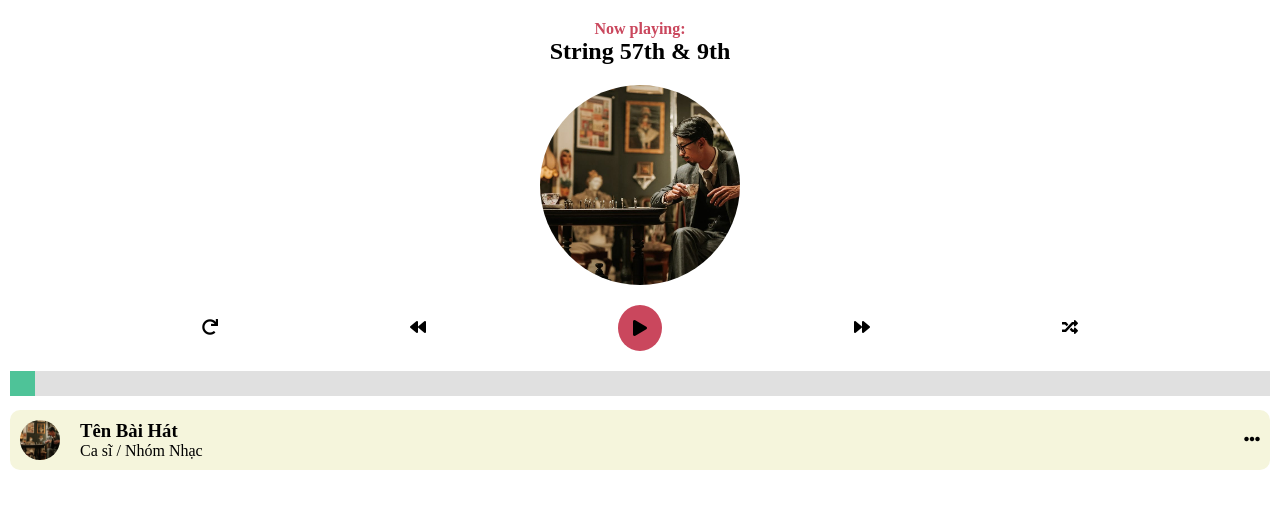
Repository: dovanthao2404/AppMusicPlayer
Page: index.html
The author's editor kept a copy of each file at every save. The page is drawn from the files as they stood at one save, then again after the next save.
The browser window is 1280 px wide. The pictures show the whole page.

Above is the page before, as saved 2021-06-28 10:40:23.

### index.html
<!DOCTYPE html>
<html lang="en">

<head>
  <meta charset="UTF-8">
  <meta http-equiv="X-UA-Compatible" content="IE=edge">
  <meta name="viewport" content="width=device-width, initial-scale=1.0">
  <title>Music</title>
  <!-- FONTAWESOME -->
  <link rel="stylesheet" href="https://cdnjs.cloudflare.com/ajax/libs/font-awesome/5.15.3/css/all.min.css"
    integrity="sha512-iBBXm8fW90+nuLcSKlbmrPcLa0OT92xO1BIsZ+ywDWZCvqsWgccV3gFoRBv0z+8dLJgyAHIhR35VZc2oM/gI1w=="
    crossorigin="anonymous" referrerpolicy="no-referrer" />
  <!-- MAIN CSS -->
  <link rel="stylesheet" href="./css/app.css">
</head>

<body>
  <div class="player">
    <div class="dashboards">
      <!-- HEADER -->
      <header>
        <h4>Now playing:</h4>
        <h2>String 57th & 9th</h2>
      </header>

      <!-- CD -->
      <div id="cd" class="cd">
        <div class="thumb">
          <img src="./img/loinho.jpg" alt="">
        </div>
      </div>

      <!-- CONTROL -->
      <div class="controls" class="controls">
        <div class="btn btn-repeat">
          <i class="fa fa-redo"></i>
        </div>
        <div class="btn btn-prev">
          <i class="fa fa-backward"></i>
        </div>
        <div class="btn btn-toggle-play">
          <i class="fa fa-play"></i>
          <i class="fa fa-pause"></i>
        </div>
        <div class="btn btn-next">
          <i class="fa fa-forward"></i>
        </div>
        <div class="btn btn-random">
          <i class="fa fa-random"></i>
        </div>
      </div>

      <!-- PROGRESS -->
      <input id="progress" class="progress" value="0" step="1" min="0" max="100" type="range">

      <!-- AUDIO -->
      <audio id="audio" src="./music/trontim.mp3"></audio>

      <!-- PLAY LIST -->
      <div class="playlist">
        <div class="song">
          <div class="thumb">
            <img src="./img/loinho.jpg" alt="">
          </div>
          <div class="body">
            <h3 class="title">Tên Bài Hát</h3>
            <p class="author">Ca sĩ / Nhóm Nhạc</p>
          </div>
          <div class="option">
            <i class="fa fa-ellipsis-h"></i>
          </div>
        </div>
      </div>
    </div>
  </div>
  <script src="./js/app.js"></script>
</body>

</html>

### css/app.css
/* GLOBAL */
* {
  padding: 0;
  margin: 0;
  box-sizing: border-box;
}
/* PLAYER */
.dashboards {
  margin: 0 10px;
}
header {
  text-align: center;
  margin: 20px 0;
}
header h4 {
  color: rgb(202, 71, 93);
}
.cd {
  position: relative;
}
.cd .thumb {
  width: 200px;
  height: 200px;
  position: absolute;
  top: 50%;
  left: 50%;
  transform: translate(-50%);
}
.cd .thumb img {
  border-radius: 50%;
  width: 100%;
  height: 100%;
  object-fit: cover;
}
.controls {
  display: flex;
  justify-content: space-evenly;
  align-items: center;
  margin-top: 240px;
  margin-bottom: 20px;
}
.btn-toggle-play .fa {
  padding: 15px;
  border-radius: 50%;
  background-color: rgb(202, 71, 93);
}
.controls .fa-pause {
  display: none;
}
.progress {
  -webkit-appearance: none;
  width: 100%;
  height: 25px;
  background: #d3d3d3;
  outline: none;
  opacity: 0.7;
  -webkit-transition: 0.2s;
}
.progress::-webkit-slider-thumb {
  -webkit-appearance: none;
  appearance: none;
  width: 25px;
  height: 25px;
  background: #04aa6d;
  cursor: pointer;
}
.progress::-moz-range-thumb {
  width: 25px;
  height: 25px;
  background: #04aa6d;
  cursor: pointer;
}
.song {
  margin: 10px 0;
  background-color: beige;
  display: flex;
  align-items: center;
  padding: 10px;
  border-radius: 10px;
  position: relative;
}
.song .thumb {
  width: 40px;
  height: 40px;
}
.song .thumb img {
  width: 100%;
  height: 100%;
  border-radius: 50%;
  object-fit: cover;
}
.song .body {
  margin-left: 20px;
}
.song .option {
  position: absolute;
  right: 0;
  margin-right: 10px;
}

Loaded but not shown: js/app.js (no stored copy; drawn as an empty file)

After the next save:
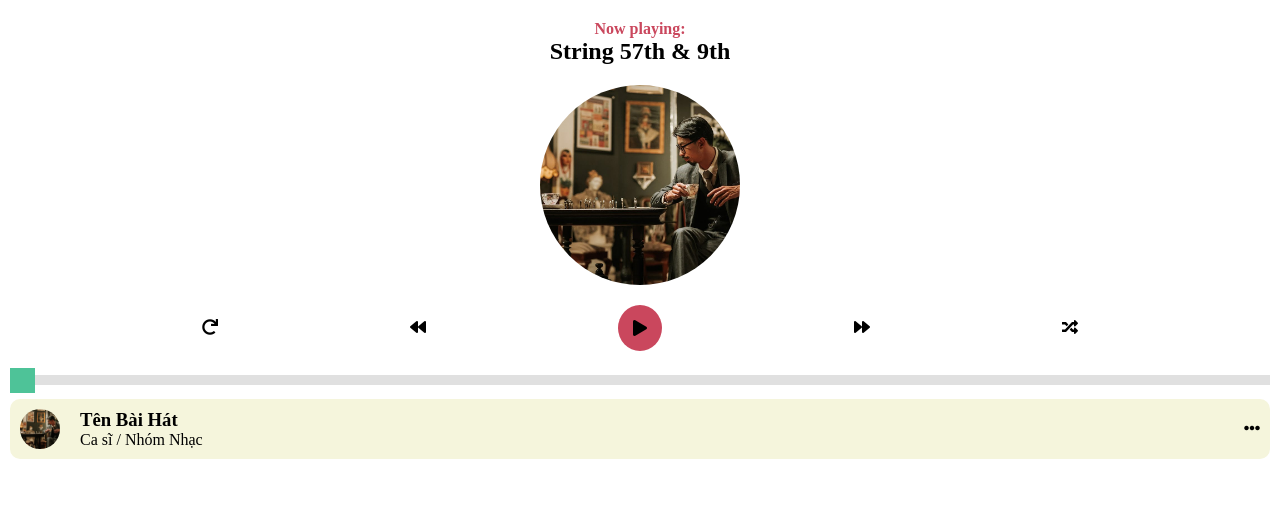
Saved 16 s later.
--- a/css/app.css
+++ b/css/app.css
@@ -50,7 +50,7 @@ header h4 {
 .progress {
   -webkit-appearance: none;
   width: 100%;
-  height: 25px;
+  height: 10px;
   background: #d3d3d3;
   outline: none;
   opacity: 0.7;
